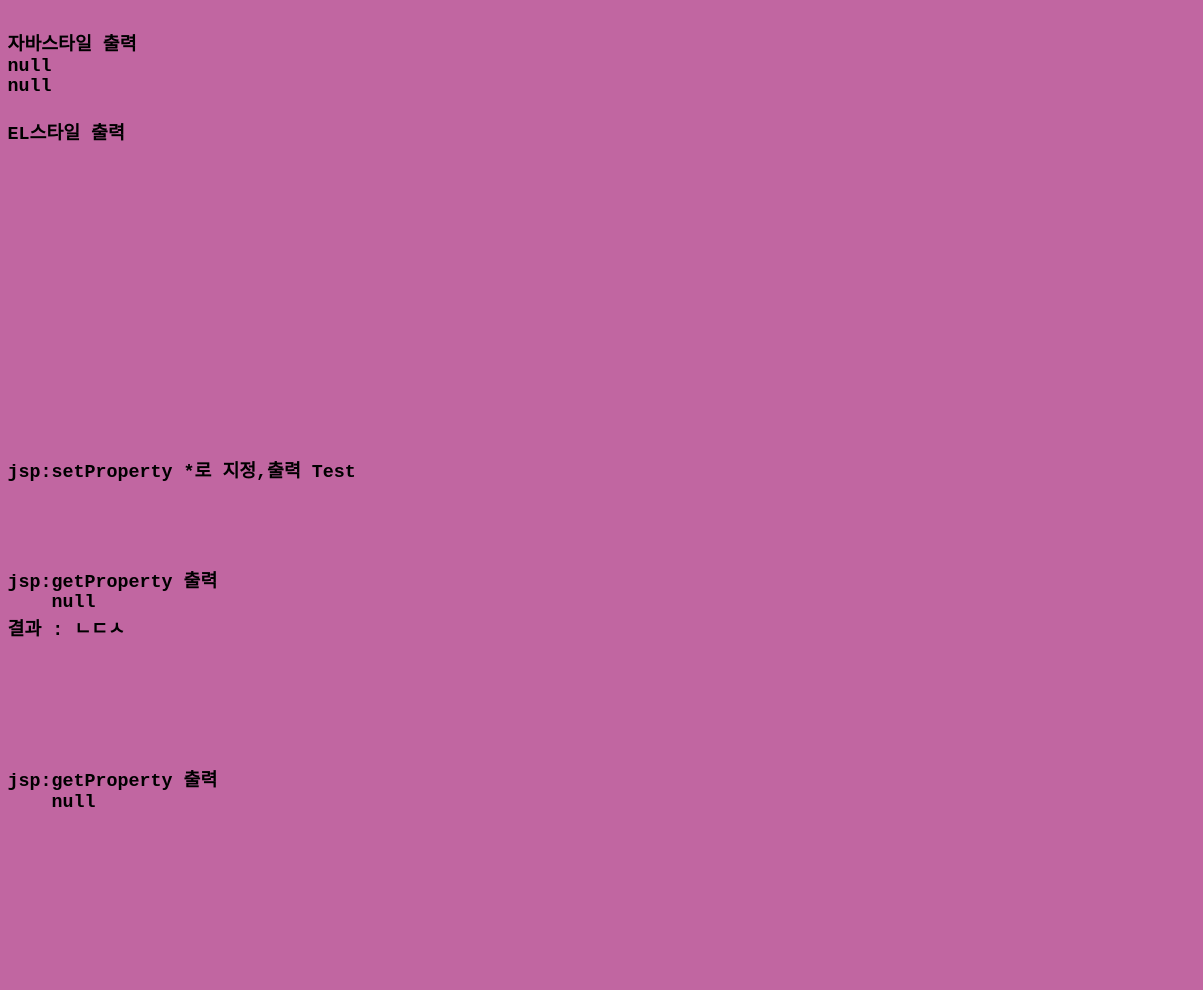
Repository: violetaplum/eclipseJSP
Page: http://localhost/JSP/jstl_get_setProperty.jsp
The author's editor kept a copy of each file at every save. The page is drawn from the files as they stood at one save, then again after the next save.
The browser window is 1280 px wide. The pictures show the whole page, at 94% of full size.
The page is served by Tomcat 9.

Above is the page before, as saved 2019-06-10 11:50:51.

After the next save:
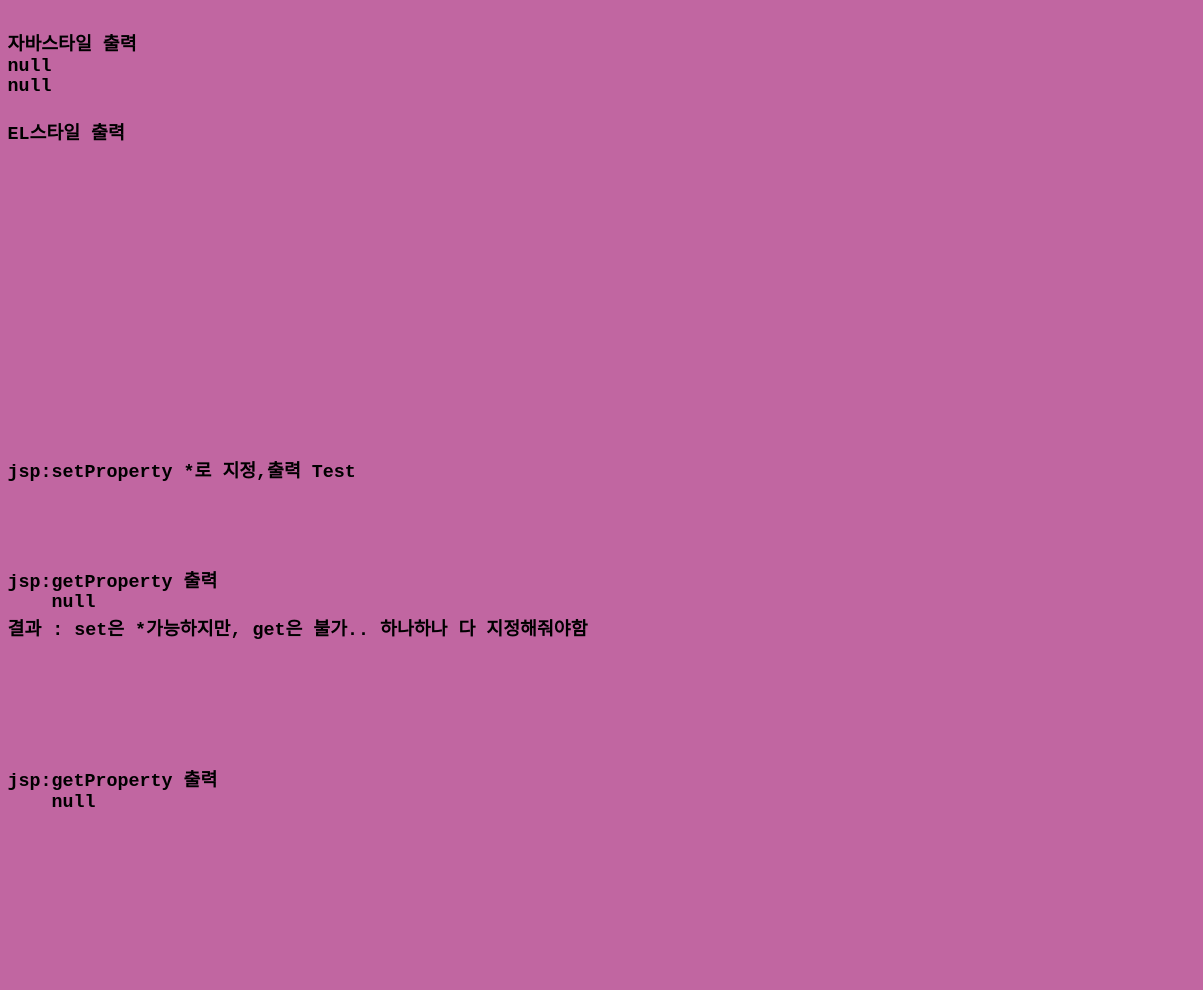
Saved 15 s later.
--- a/JSP/WebContent/jstl_get_setProperty.jsp
+++ b/JSP/WebContent/jstl_get_setProperty.jsp
@@ -58,7 +58,7 @@ jsp:setProperty *로 지정,출력 Test
 
 jsp:getProperty 출력
     <jsp:getProperty name="sawon1" property="name"></jsp:getProperty>
-결과 : ㄴㄷㅅ
+결과 : set은 *가능하지만, get은 불가.. 하나하나 다 지정해줘야함
     <%-- 상단의 id를 getter에서는 name으로 가져와 사용한다 --%>
     <%-- property 는 필드명 --%>
     <%-- jsp:getProperty 는 출력도 됨!!!! --%>
